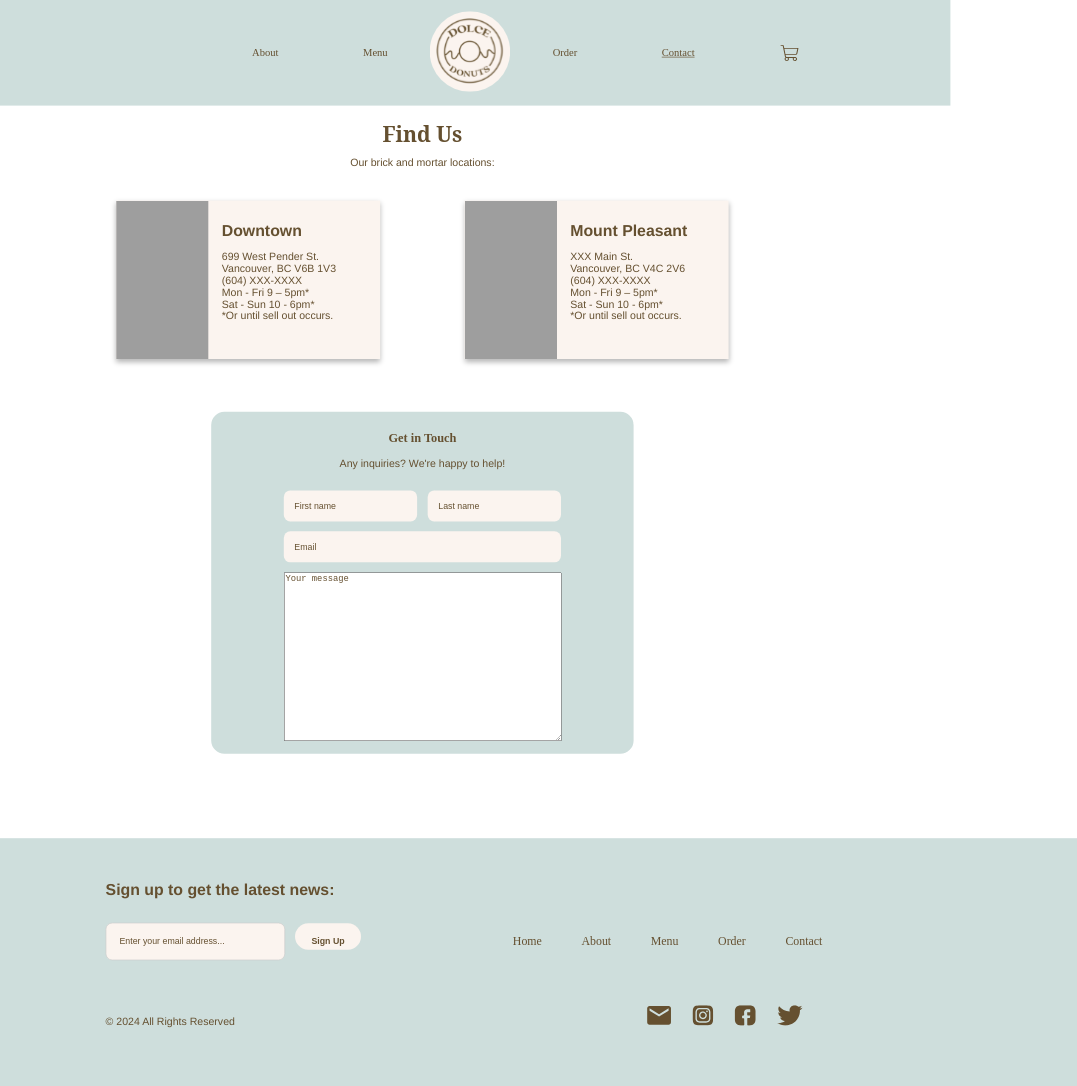
Repository: Crystalhtc/dolcedonuts
Page: /contact
An editor plug-in stored every save of this project. The page is shown before and after the next save, followed by the edit.
The browser window is 1280 px wide. The page is 1632 px wide, so the pictures cover 1632 px, including what lies to the right of the window. The pictures show the whole page, at 66% of full size.
Pictures or frames that could not be fetched are drawn as grey boxes. The project was rebuilt for these pictures with package versions that can differ from the ones it lists, and the page was loaded fresh each time. Also part of the build but not shown: vite.config.js, src/pages/Home.module.css, src/pages/Home.jsx, src/components/ProductCard/ProductCard.jsx, src/Data/products.js, src/pages/Order.css, src/pages/Menu.jsx, src/pages/Order.jsx and 13 more.

Above is the page before, as saved 2024-10-20 15:36:48.

After the next save:
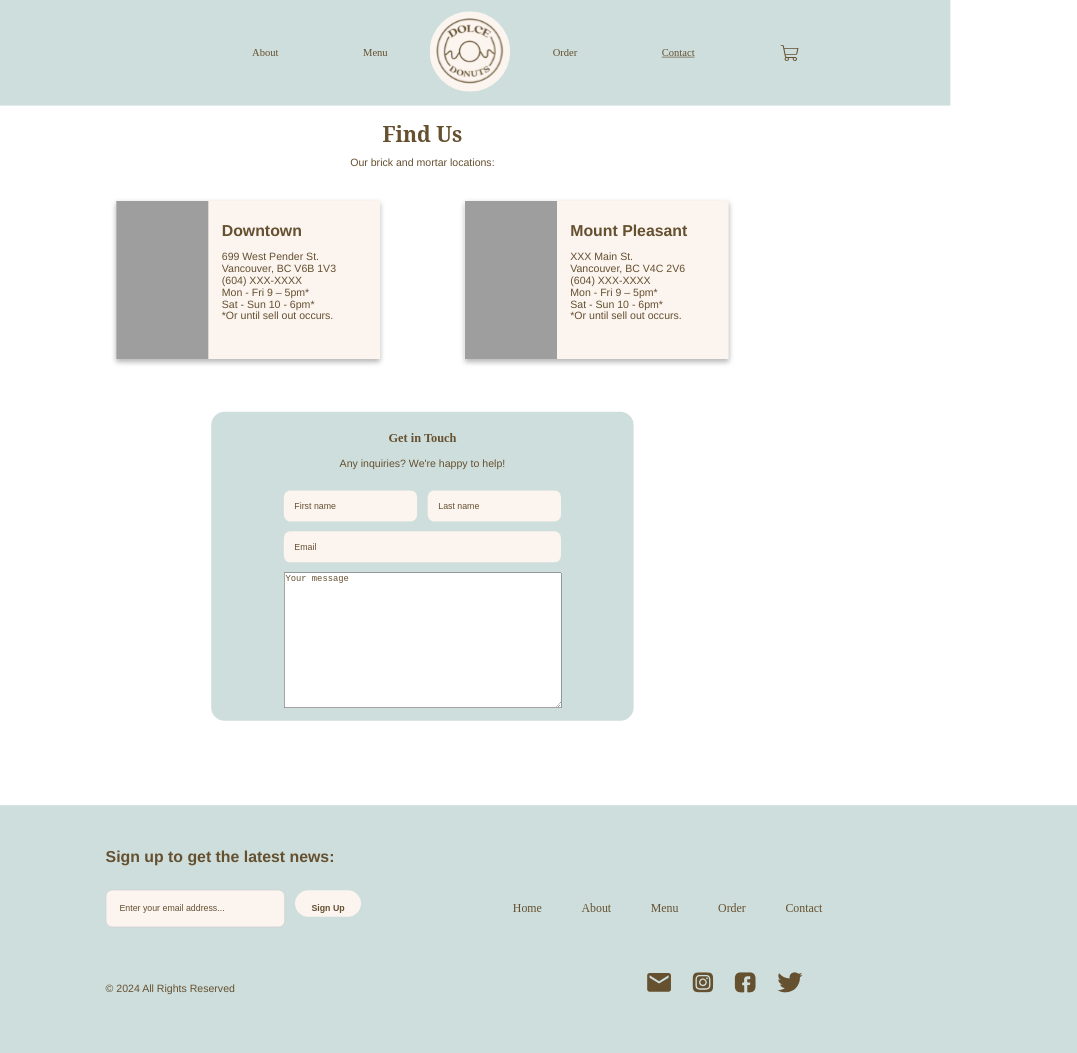
Saved 5 s later.
--- a/src/components/ContactUsForm/ContactForm.module.css
+++ b/src/components/ContactUsForm/ContactForm.module.css
@@ -36,7 +36,7 @@
 .messagePlaceholder {
     width: 415px;
     max-width: 415px;
-    height: 250px;
+    height: 200px;
     max-height: 250px;
 }
 
